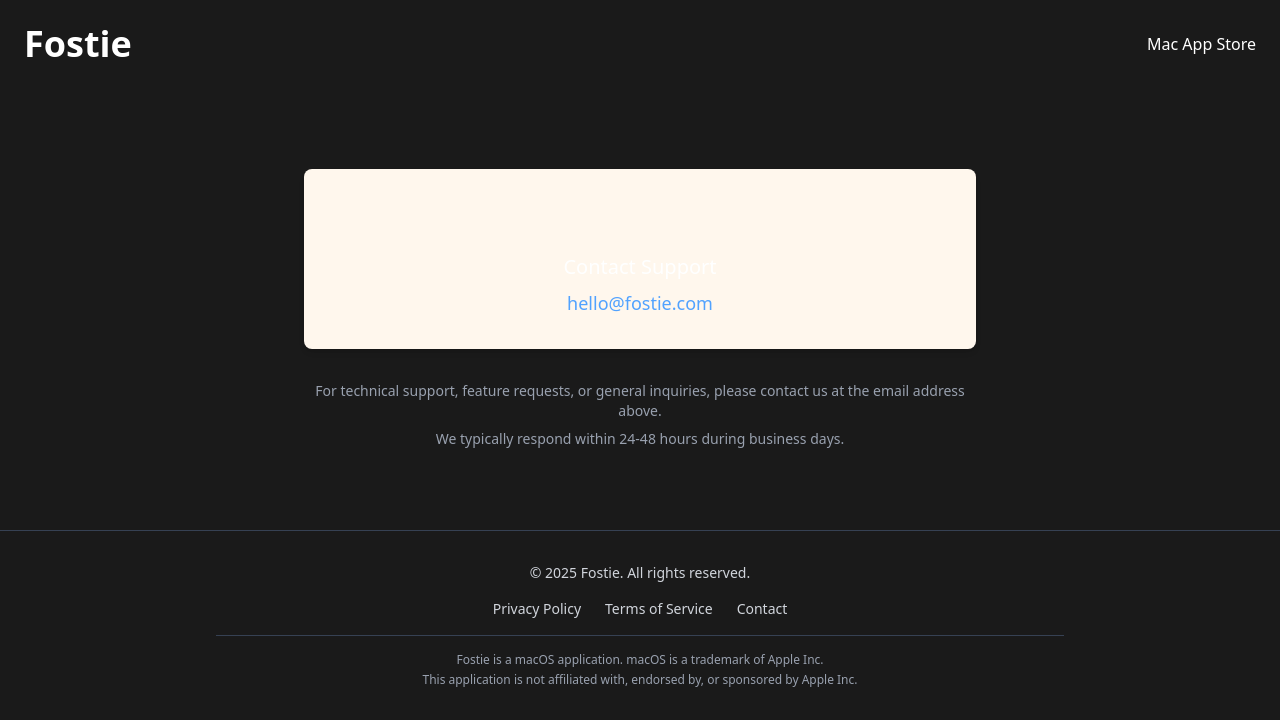
Repository: atimael/fostie-web
Page: /
These files come from the project's save history. The page is drawn as it stood at one moment and after the next save; the edit follows.
The browser window is 1280 px wide. The pictures show the whole page.
The project was rebuilt for these pictures with package versions that can differ from the ones it lists, and the page was loaded fresh each time. The framework's server and built-in components were replaced by stand-ins that run in the browser. Also part of the build but not shown: next.config.js.

Above is the page before, as saved 2025-05-27 20:04:39.

After the next save:
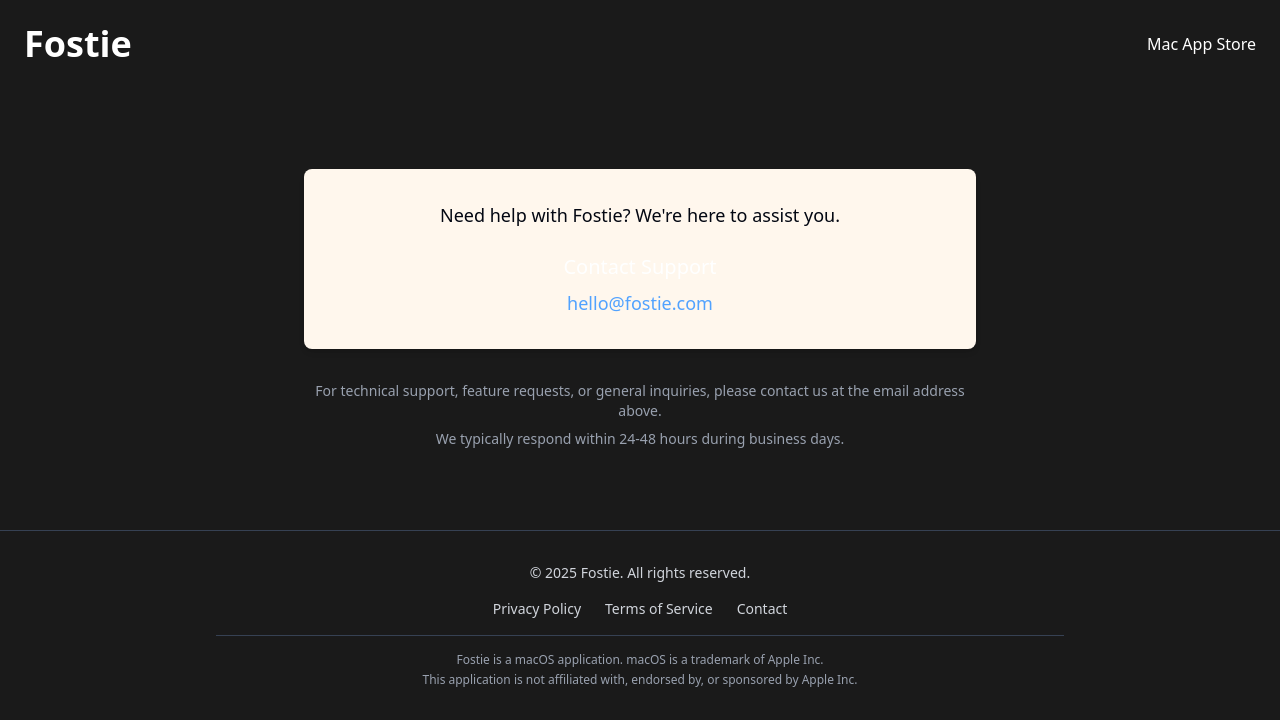
Saved 14 s later.
--- a/components/main.tsx
+++ b/components/main.tsx
@@ -3,7 +3,7 @@
     <div className="flex-1 flex items-center justify-center px-6 py-12">
       <div className="max-w-2xl mx-auto text-center">
         <div className=" bg-orange-50 rounded-lg shadow-md p-8 mb-8">
-          <p className="text-lg text-orange-50 mb-6">
+          <p className="text-lg text-gray-950 mb-6">
             Need help with Fostie? We're here to assist you.
           </p>
 
